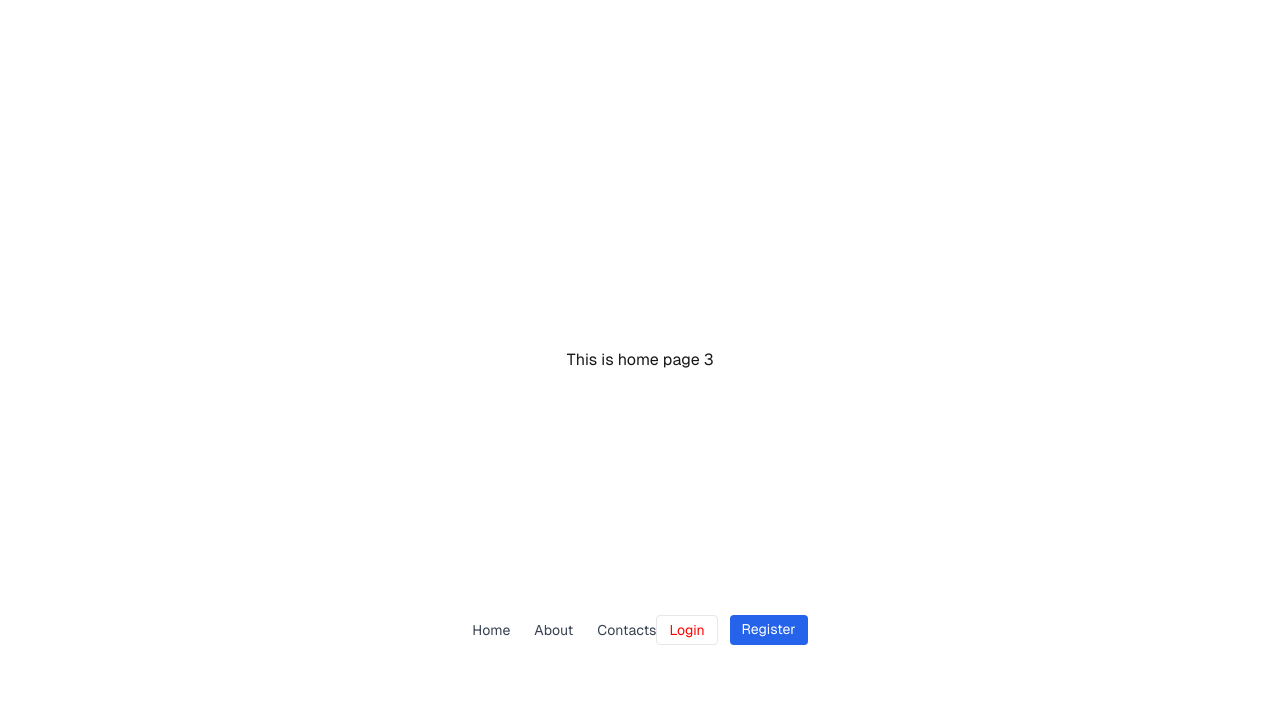
Repository: mohsin86/nextjs-vercel-demo-project
Page: /
An editor plug-in stored every save of this project. The page is shown before and after the next save, followed by the edit.
The browser window is 1280 px wide. The pictures show the whole page.
The project was rebuilt for these pictures with package versions that can differ from the ones it lists, and the page was loaded fresh each time. The framework's server and built-in components were replaced by stand-ins that run in the browser. Also part of the build but not shown: next.config.ts.

Above is the page before, as saved 2026-04-29 01:08:49.

After the next save:
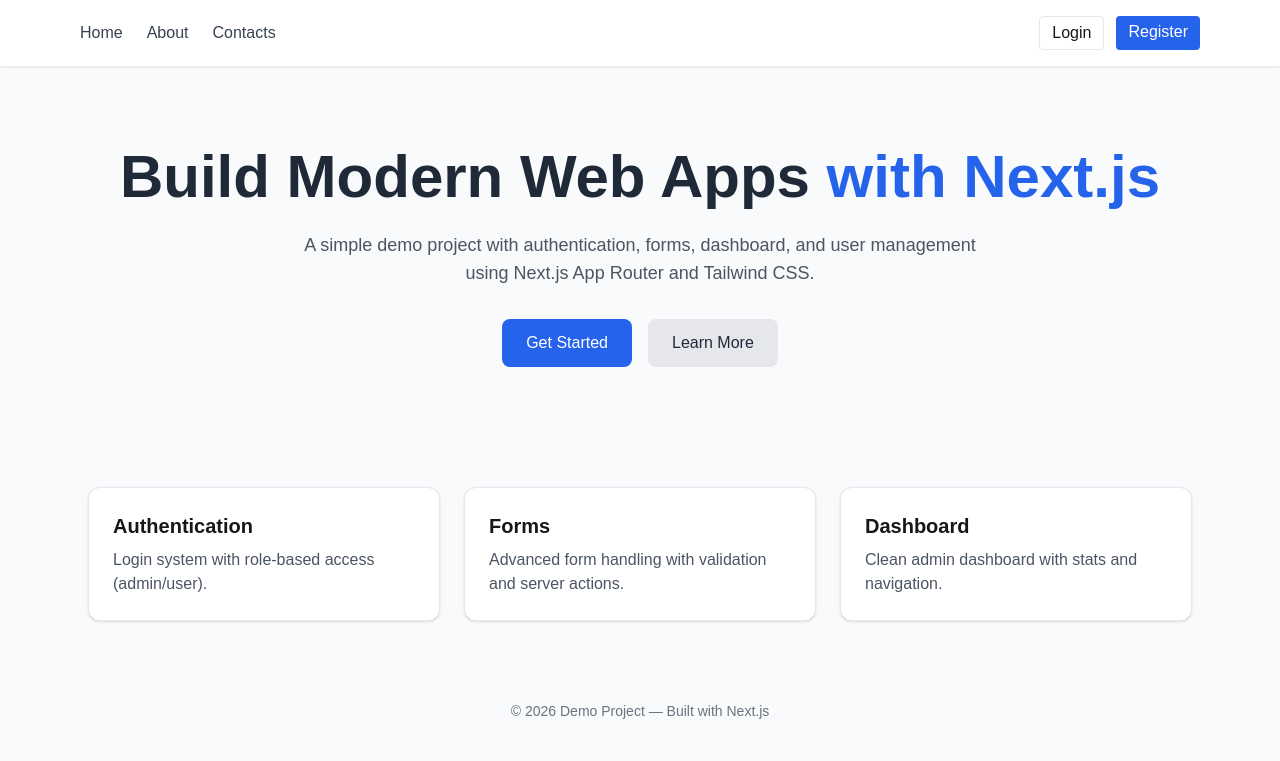
Saved 90 s later.
--- a/app/page.tsx
+++ b/app/page.tsx
@@ -1,17 +1,77 @@
-import Image from "next/image";
-import Link from 'next/link'
 import Navigation from '@/components/Navigation';
 
+export default function HomePage() {
+  return (
+    <div className="min-h-screen bg-gray-50">
 
-export default function Home() {
-  return (
-    <div className="grid grid-rows-[20px_1fr_20px] items-center justify-items-center min-h-screen p-8 pb-20 gap-16 sm:p-20 font-[family-name:var(--font-geist-sans)]">
-      <div className="text-sm text-gray-500 row-start-3 test">
-         <Navigation />
+      {/* NAVIGATION */}
+      <div className="bg-white border-b shadow-sm">
+        <div className="max-w-6xl mx-auto p-4">
+          <Navigation />
         </div>
-      <main className="flex flex-col gap-8 row-start-2 items-center sm:items-start">
-        This is home page 3
-       </main>
+      </div>
+
+      {/* HERO SECTION */}
+      <section className="max-w-6xl mx-auto px-6 py-20 flex flex-col items-center text-center">
+
+        <h1 className="text-4xl md:text-6xl font-bold text-gray-800 leading-tight">
+          Build Modern Web Apps
+          <span className="text-blue-600"> with Next.js</span>
+        </h1>
+
+        <p className="mt-6 text-gray-600 text-lg max-w-2xl">
+          A simple demo project with authentication, forms, dashboard,
+          and user management using Next.js App Router and Tailwind CSS.
+        </p>
+
+        {/* BUTTONS */}
+        <div className="mt-8 flex gap-4">
+          <a
+            href="/login"
+            className="bg-blue-600 text-white px-6 py-3 rounded-lg hover:bg-blue-700 transition"
+          >
+            Get Started
+          </a>
+
+          <a
+            href="/about"
+            className="bg-gray-200 text-gray-800 px-6 py-3 rounded-lg hover:bg-gray-300 transition"
+          >
+            Learn More
+          </a>
+        </div>
+      </section>
+
+      {/* FEATURES */}
+      <section className="max-w-6xl mx-auto px-6 py-10 grid md:grid-cols-3 gap-6">
+
+        <div className="bg-white p-6 rounded-xl shadow border hover:shadow-md transition">
+          <h3 className="text-xl font-semibold mb-2">Authentication</h3>
+          <p className="text-gray-600">
+            Login system with role-based access (admin/user).
+          </p>
+        </div>
+
+        <div className="bg-white p-6 rounded-xl shadow border hover:shadow-md transition">
+          <h3 className="text-xl font-semibold mb-2">Forms</h3>
+          <p className="text-gray-600">
+            Advanced form handling with validation and server actions.
+          </p>
+        </div>
+
+        <div className="bg-white p-6 rounded-xl shadow border hover:shadow-md transition">
+          <h3 className="text-xl font-semibold mb-2">Dashboard</h3>
+          <p className="text-gray-600">
+            Clean admin dashboard with stats and navigation.
+          </p>
+        </div>
+
+      </section>
+
+      {/* FOOTER */}
+      <footer className="text-center py-10 text-gray-500 text-sm">
+        © {new Date().getFullYear()} Demo Project — Built with Next.js
+      </footer>
 
     </div>
   );
